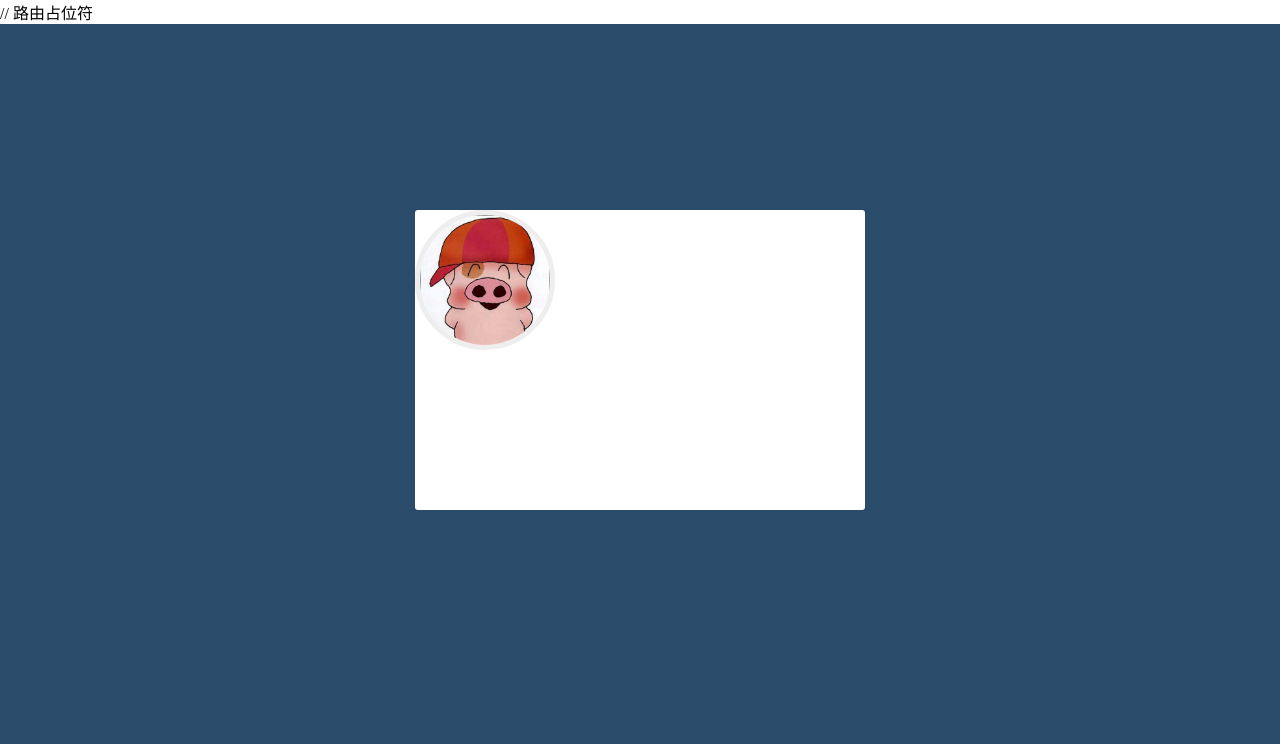
Repository: Japcy/onetwothree
Page: /
The author's editor kept a copy of each file at every save. The page is drawn from the files as they stood at one save, then again after the next save.
The browser window is 1280 px wide. The pictures show the whole page.
The project was rebuilt for these pictures with package versions that can differ from the ones it lists, and the page was loaded fresh each time.

Above is the page before, as saved 2020-02-28 23:45:08.

### src/main.js
import Vue from 'vue'
import App from './App.vue'
import router from './router'
import './plugins/element.js'
// 导入全局样式表
import './assets/css/global.css'

Vue.config.productionTip = false

new Vue({
  router,
  render: h => h(App)
}).$mount('#app')

### src/App.vue
<template>
  <div id="app">
    // 路由占位符
    <router-view></router-view>
  </div>
</template>

<script>

export default {
  name: 'app',
  components: {
  }
}
</script>

<style>

</style>

### src/router/index.js
import Vue from 'vue'
import VueRouter from 'vue-router'
import Login from '../components/Login.vue'

Vue.use(VueRouter)

const routes = [
  {
    path: '/',
    redirect: '/login'
  },
  {
    path: '/login',
    component: Login
  }
]

const router = new VueRouter({
  routes
})

export default router

### src/components/Login.vue
<template>
  <div class="login">
    <div class="login-box">
      <div class="avatar">
        <img src="../assets/img/logo.jpg" alt />
      </div>
    </div>
  </div>
</template>

<script type="text/ecmascript-6">
export default {
  name: 'login',
  data () {
    return {}
  },
  components: {},
  methods: {}
}
</script>

<style lang="less" scoped>
.login {
  background-color: #2b4b6b;
  height: 100%;
}
.login-box {
  width: 450px;
  height: 300px;
  background-color: #fff;
  border-radius: 3px;
  position: absolute;
  left: 50%;
  top: 50%;
  transform: translate(-50%, -50%);

  .avatar {
    width: 130px;
    height: 130px;
    border: 5px solid #eee;
    border-radius: 50%;
    overflow: hidden;
    img {
      width: 100%;
      height: auto;
    }
  }
}
</style>

Loaded but not shown: public/index.html (common file); src/plugins/element.js (common file); src/assets/css/global.css (common file)

After the next save:
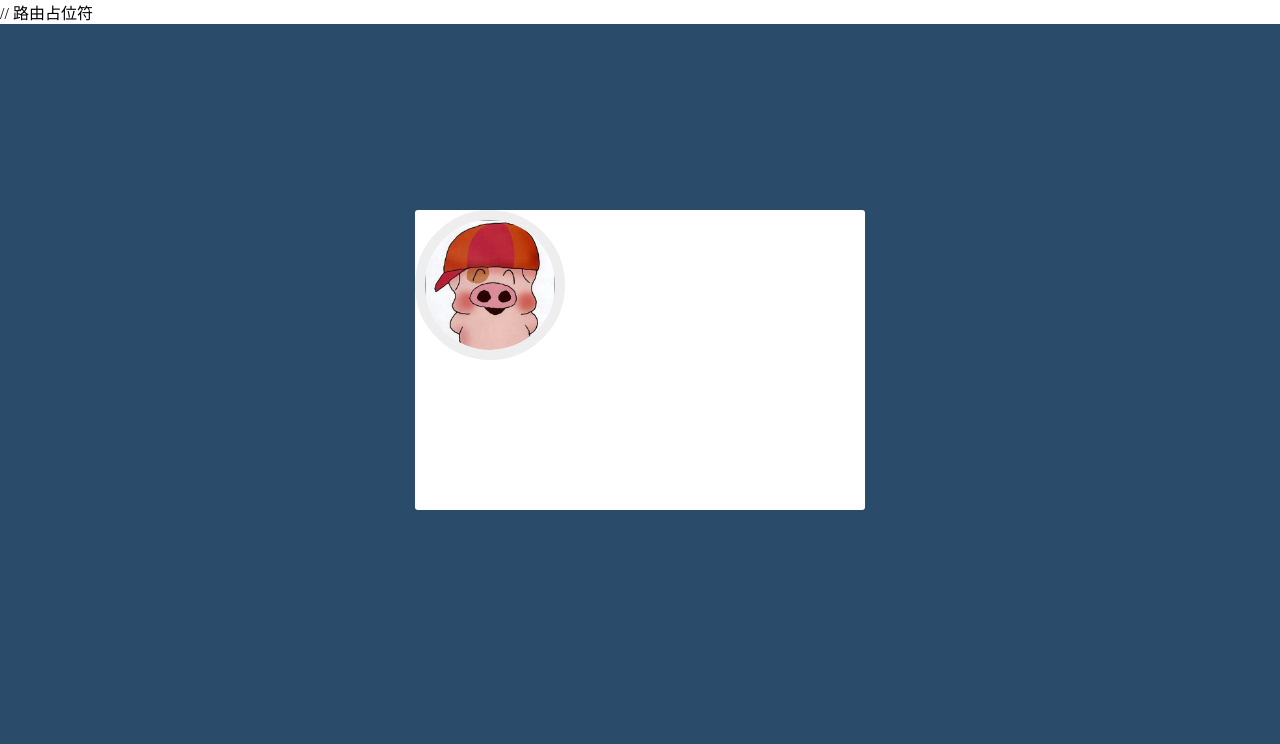
Saved 9 s later.
--- a/src/components/Login.vue
+++ b/src/components/Login.vue
@@ -37,7 +37,7 @@ export default {
   .avatar {
     width: 130px;
     height: 130px;
-    border: 5px solid #eee;
+    border: 10px solid #eee;
     border-radius: 50%;
     overflow: hidden;
     img {
